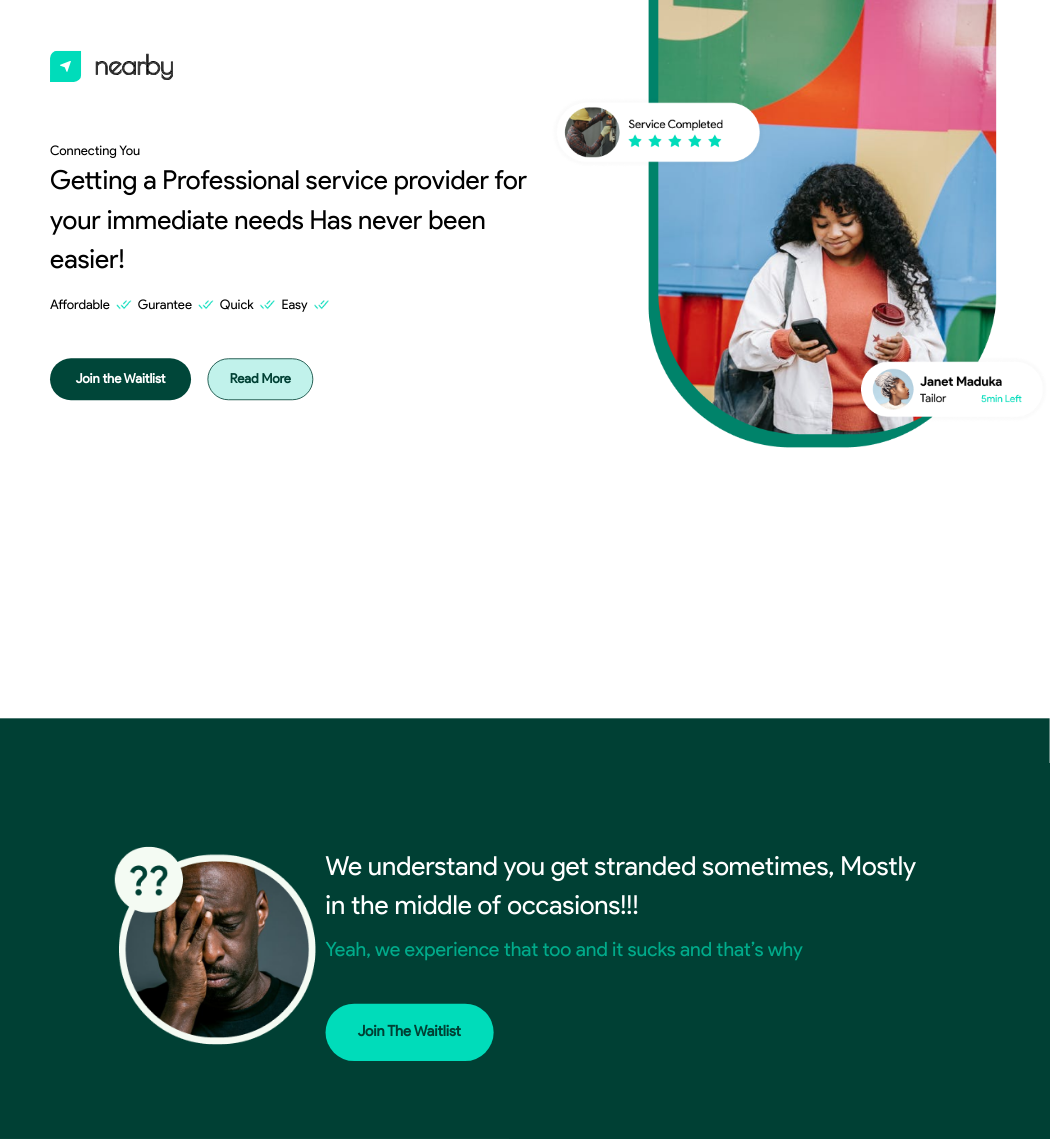
Repository: Eugene44-hub/Mearby
Page: /
An editor plug-in stored every save of this project. The page is shown before and after the next save, followed by the edit.
The browser window is 1280 px wide. The pictures show the whole page, at 82% of full size.
The project was rebuilt for these pictures with package versions that can differ from the ones it lists, and the page was loaded fresh each time.

Above is the page before, as saved 2022-04-30 07:20:23.

After the next save:
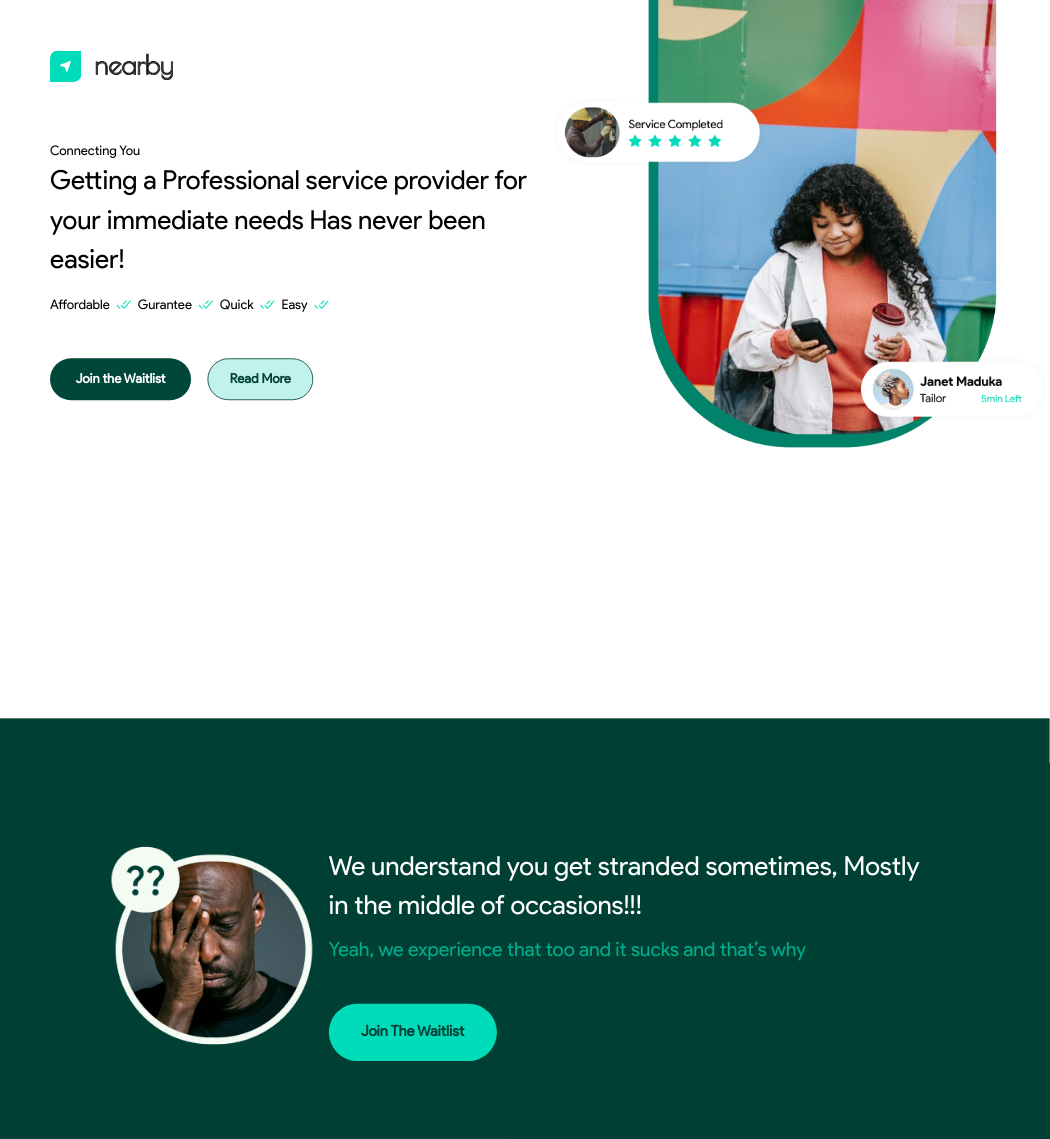
Saved 14 s later.
--- a/src/components/understand/Understand.tsx
+++ b/src/components/understand/Understand.tsx
@@ -6,7 +6,7 @@ const Understand = () => {
     <div className='bg-[#004034] px-5 pt-[9.75rem] md:flex justify-center  relative mt-[20rem]'>
 
   <img src={understand} className=" absolute block md:hidden translate-x-[-50%] left-[50%] top-[-20%]" alt="understand" />
-  <div className='md:block hidden mr-3'>
+  <div className='md:block hidden mr-5'>
   <img src={understand} className=" w-[100%]"alt="understand" />
 
   </div>
